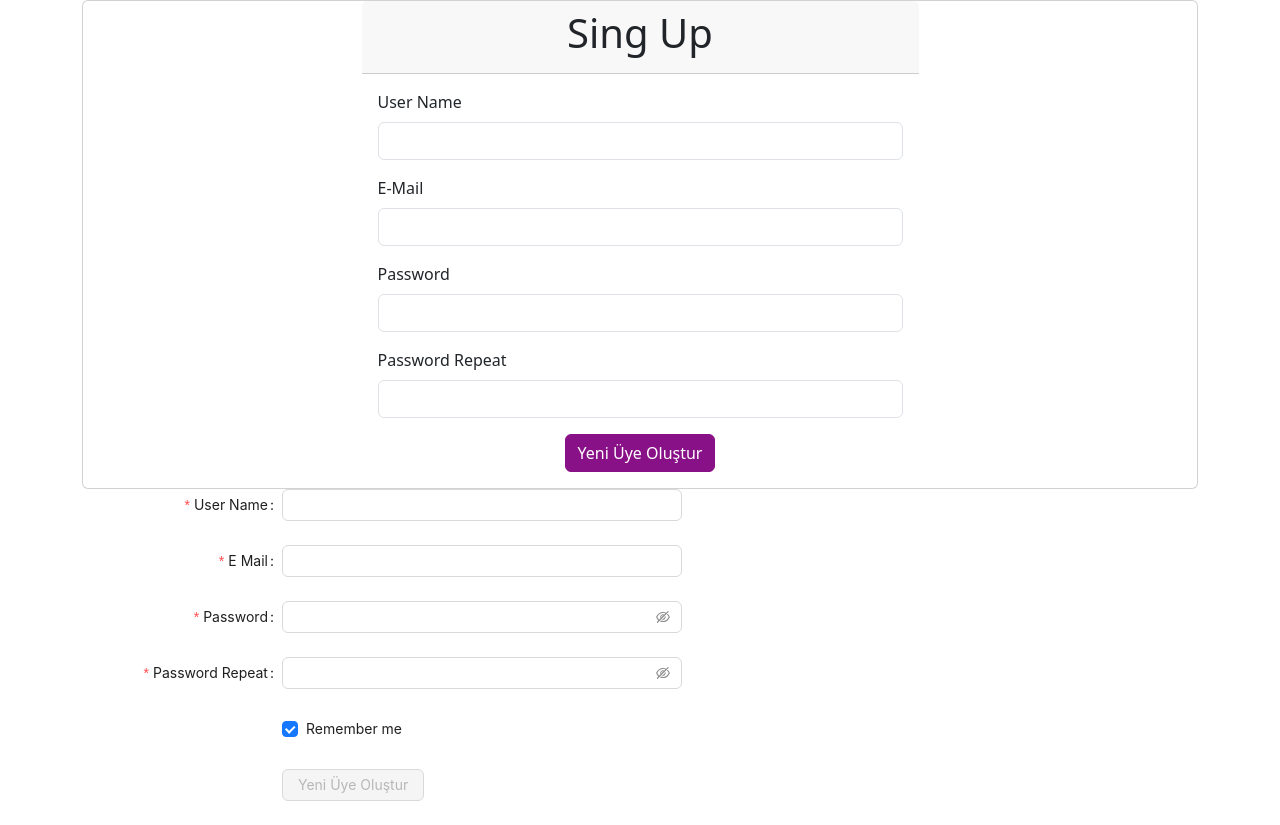
Repository: gursoyfahrettin20/startupProjectWeb
Page: /
These files come from the project's save history. The page is drawn as it stood at one moment and after the next save; the edit follows.
The browser window is 1280 px wide. The pictures show the whole page.
The project was rebuilt for these pictures with package versions that can differ from the ones it lists, and the page was loaded fresh each time. Also part of the build but not shown: vite.config.js.

Above is the page before, as saved 2024-01-17 00:21:45.

After the next save:
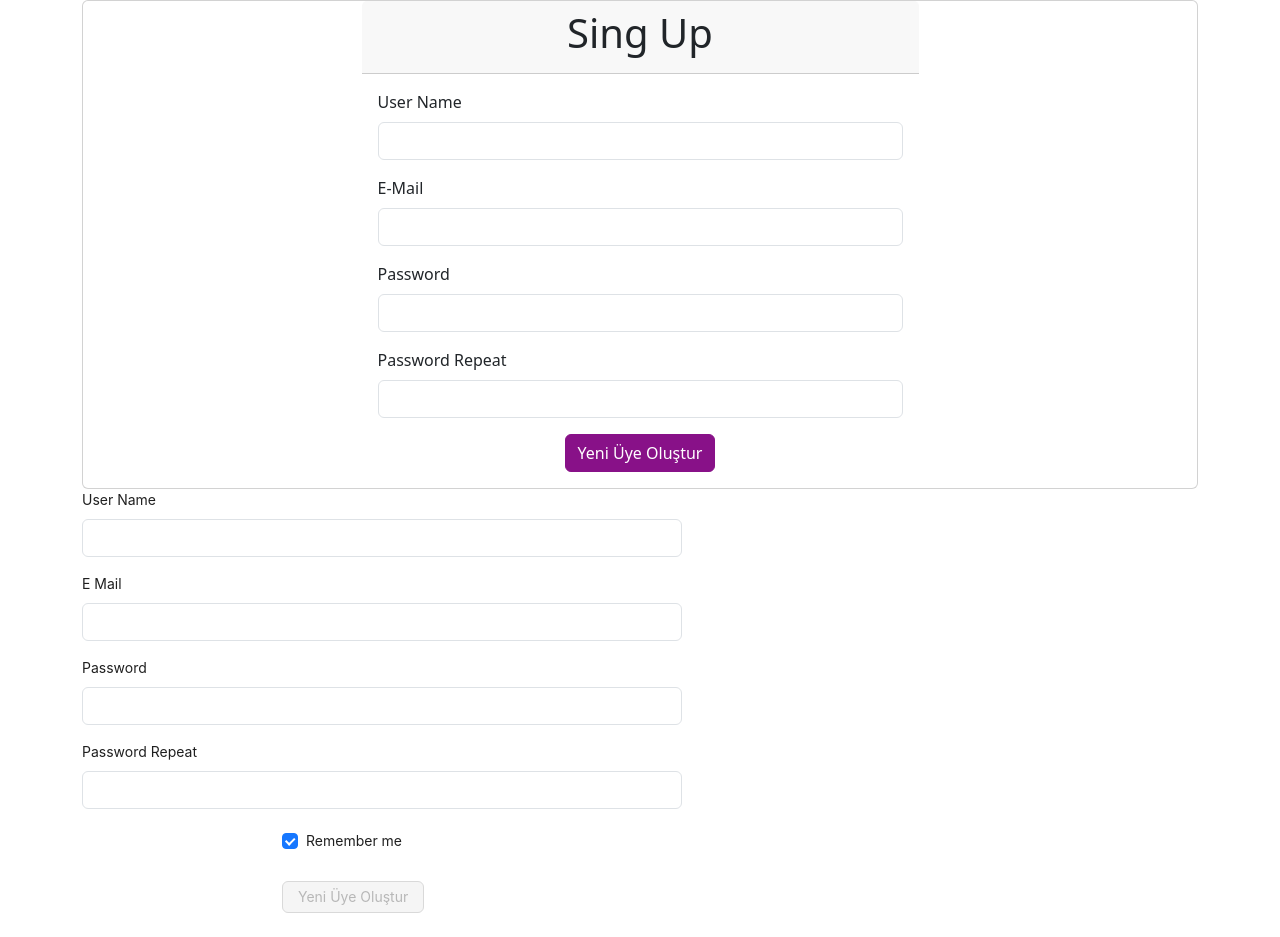
Saved 10 min 49 s later.
--- a/src/components/formItem/formItem.jsx
+++ b/src/components/formItem/formItem.jsx
@@ -1,24 +1,14 @@
 import React, { useEffect, useState } from 'react';
 import { Form, Input } from 'antd';
 
-export function FormItem({ name, label, autoComplete, message, onChange, isPassword }) {
+export function FormItem({ name, label, autoComplete, onChange, errors, type }) {
     const [msg, setNsg] = useState()
 
     return (
-        <Form.Item
-            label={label}
-            name={name}
-            autoComplete={autoComplete ? autoComplete : false}
-            messageVariables={"asdasd"}
-            rules={[
-                {
-                    required: true,
-                    message: msg,
-                },
-            ]}
-        >
-            {isPassword ? <Input.Password onChange={onChange} type="password" /> : <Input onChange={onChange} type="text" />}
-        </Form.Item>
+        <div className='mb-3'>
+            <label className='form-label' htmlFor={name}> {label} </label>
+            <input id={name} autoComplete={autoComplete ? autoComplete : false} className={errors ? 'form-control is-invalid' : 'form-control'} type={type ? type : "text"} onChange={onChange} />
+        </div>
     );
 }
 
